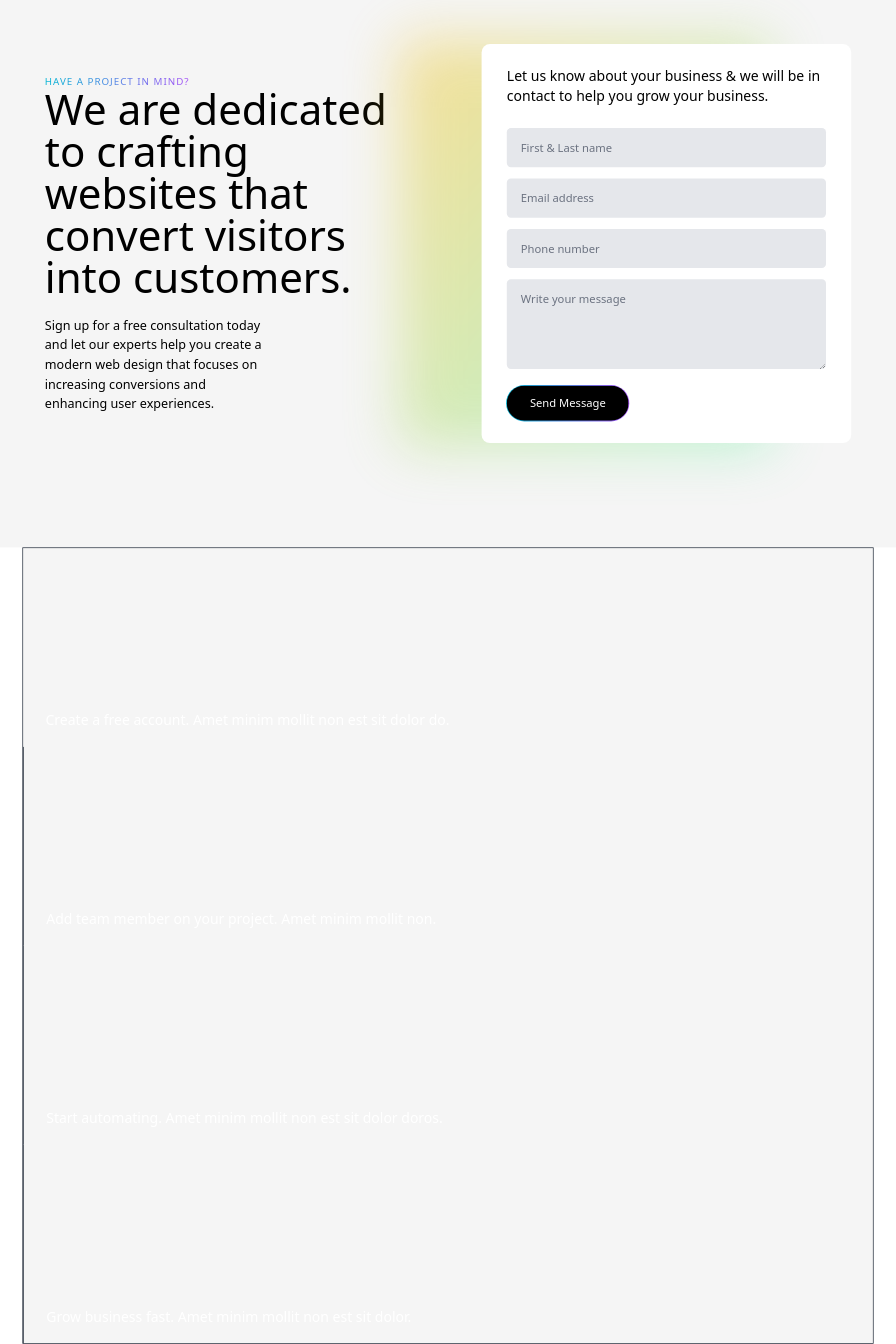
Repository: ornelasedward/mired_website
Page: /
An editor plug-in stored every save of this project. The page is shown before and after the next save, followed by the edit.
The browser window is 1280 px wide. The pictures show the part of the page from y = 1300 to 3220 px (the page is 3220 px tall before and 3218 px after), at 70% of full size.
The project was rebuilt for these pictures with package versions that can differ from the ones it lists, and the page was loaded fresh each time. The framework's server and built-in components were replaced by stand-ins that run in the browser. Also part of the build but not shown: next.config.js.

Above is the page before, as saved 2023-03-28 19:43:36.

### app/layout.tsx
import "./globals.css";

export const metadata = {
  title: "Mired",
  description: "Web design and development services",
};

export default function RootLayout({
  children,
}: {
  children: React.ReactNode;
}) {
  return (
    <html lang="en" className="bg-[#F5F5F5]">
      <body>{children}</body>
    </html>
  );
}

### app/page.tsx
import Header from "@/components/Header";
import Hero from "@/components/Hero";
import Services from "@/components/Services";
import CTA from "@/components/CTA";
import { Inter } from "next/font/google";
import Testimonial from "@/components/Testimonials";
import FAQ from "@/components/FAQ";
import Contact from "@/components/Contact";
import Footer from "@/components/Footer";

const inter = Inter({ subsets: ["latin"] });

export default function Home() {
  return (
    <main>
      <Hero />
      <Header />
      <Services />
      {/*  <CTA />
      <Testimonial />
      <FAQ />
      <Contact />
      <Footer /> */}
    </main>
  );
}

### components/Header.tsx
export default function Header() {
  return (
    <section className="py-12 overflow-hidden sm:py-16 lg:py-20 xl:py-24">
      <div className="px-4 mx-auto max-w-7xl sm:px-6 lg:px-8">
        <div className="grid max-w-6xl grid-cols-1 mx-auto gap-y-12 lg:grid-cols-2 lg:gap-x-16 xl:gap-x-24">
          <div className="relative flex flex-col justify-between max-w-lg lg:py-12 lg:max-w-none">
            <div className="flex-1">
              <p className="text-sm font-normal tracking-widest uppercase">
                <span className="text-transparent bg-clip-text bg-gradient-to-r from-cyan-500 to-purple-500">
                  {" "}
                  Have a project in mind?{" "}
                </span>
              </p>
            </div>

            <div className="mt-6 lg:mt-auto">
              <h2 className="text-3xl font-normal text-black sm:text-4xl lg:text-5xl xl:text-6xl">
                We are dedicated to crafting websites that convert visitors into
                customers.
              </h2>
              <p className="mt-4 text-base font-normal text-black lg:max-w-xs sm:text-lg sm:mt-6">
                Sign up for a free consultation today and let our experts help
                you create a modern web design that focuses on increasing
                conversions and enhancing user experiences.
              </p>
            </div>
          </div>

          <div className="relative flex items-center justify-center">
            <div className="absolute right-1/4 transform translate-x-4 -translate-y-1/2 top-1/2 bg-gradient-to-br from-[#F7BE08] to-[#55F5A3] w-full h-full blur-2xl opacity-40" />

            <div className="relative overflow-hidden bg-white rounded-xl">
              <div className="p-6 sm:py-8 sm:px-9">
                <p className="text-xl font-normal text-black">
                  Let us know about your business & we will be in contact to
                  help you grow your business.
                </p>

                <form action="#" method="POST" className="mt-8 space-y-4">
                  <div>
                    <label for="" className="sr-only">
                      {" "}
                      Full name{" "}
                    </label>
                    <div>
                      <input
                        type="text"
                        name=""
                        id=""
                        placeholder="First & Last name"
                        className="block w-full px-5 py-4 text-base text-black placeholder-gray-500 bg-gray-200 rounded-md focus:border-black focus:ring-1 focus:ring-black"
                      />
                    </div>
                  </div>

                  <div>
                    <label for="" className="sr-only">
                      {" "}
                      Email address{" "}
                    </label>
                    <div>
                      <input
                        type="email"
                        name=""
                        id=""
                        placeholder="Email address"
                        className="block w-full px-5 py-4 text-base text-black placeholder-gray-500 bg-gray-200 rounded-md focus:border-black focus:ring-1 focus:ring-black"
                      />
                    </div>
                  </div>

                  <div>
                    <label for="" className="sr-only">
                      {" "}
                      Phone number{" "}
                    </label>
                    <div>
                      <input
                        type="tel"
                        name=""
                        id=""
                        placeholder="Phone number"
                        className="block w-full px-5 py-4 text-base text-black placeholder-gray-500 bg-gray-200 rounded-md focus:border-black focus:ring-1 focus:ring-black"
                      />
                    </div>
                  </div>

                  <div>
                    <label for="" className="sr-only">
                      {" "}
                      Message{" "}
                    </label>
                    <div>
                      <textarea
                        name=""
                        id=""
                        placeholder="Write your message"
                        rows="4"
                        className="block w-full px-5 py-4 text-base text-black placeholder-gray-500 bg-gray-200 rounded-md focus:border-black focus:ring-1 focus:ring-black"
                      ></textarea>
                    </div>
                  </div>

                  <div>
                    <div className="relative inline-flex mt-2 group">
                      <div className="absolute transition-all duration-200 rounded-[2rem] -inset-px bg-gradient-to-r from-cyan-500 to-purple-500 group-hover:shadow-lg group-hover:shadow-cyan-500/50"></div>
                      <button
                        type="button"
                        className="relative inline-flex items-center justify-center px-8 py-3 text-base font-normal text-white bg-black border border-transparent rounded-[2rem]"
                        role="button"
                      >
                        Send Message
                      </button>
                    </div>
                  </div>
                </form>
              </div>
            </div>
          </div>
        </div>
      </div>
    </section>
  );
}

### components/Hero.tsx
import Image from "next/image";
import Link from "next/link";
import header from "../images/header.png";
import Logo from "../images/Logo.png";

export default function Hero() {
  return (
    <div className="overflow-x-hidden">
      <header className="py-4 md:py-6" x-data="{expanded: false}">
        <div className="container px-4 mx-auto sm:px-6 lg:px-8">
          <div className="flex items-center justify-between">
            <div className="flex-shrink-0">
              <Link
                href="#"
                title=""
                className="flex rounded outline-none focus:ring-1 focus:ring-gray-900 focus:ring-offset-2"
              >
                <Image
                  className="w-auto h-9"
                  src={Logo}
                  alt=""
                  width={100}
                  height={100}
                />
              </Link>
            </div>

            <div className="flex lg:hidden">
              <button type="button" className="text-gray-900">
                <span x-show="!expanded" aria-hidden="true">
                  <svg
                    className="w-7 h-7"
                    xmlns="http://www.w3.org/2000/svg"
                    fill="none"
                    viewBox="0 0 24 24"
                    stroke="currentColor"
                  >
                    <path
                      stroke-linecap="round"
                      stroke-linejoin="round"
                      stroke-width="1.5"
                      d="M4 6h16M4 12h16M4 18h16"
                    />
                  </svg>
                </span>

                <span x-show="expanded" aria-hidden="true">
                  <svg
                    className="w-7 h-7"
                    xmlns="http://www.w3.org/2000/svg"
                    fill="none"
                    viewBox="0 0 24 24"
                    stroke="currentColor"
                  >
                    <path
                      stroke-linecap="round"
                      stroke-linejoin="round"
                      stroke-width="2"
                      d="M6 18L18 6M6 6l12 12"
                    />
                  </svg>
                </span>
              </button>
            </div>

            <div className="hidden lg:flex lg:ml-16 lg:items-center lg:justify-center lg:space-x-10 xl:space-x-12">
              <Link
                href="#"
                title=""
                className="text-base font-medium text-gray-900 transition-all duration-200 rounded focus:outline-none font-pj hover:text-opacity-50 focus:ring-1 focus:ring-gray-900 focus:ring-offset-2 p-2"
              >
                Home
              </Link>

              <Link
                href="#"
                title=""
                className="text-base font-medium text-gray-900 transition-all duration-200 rounded focus:outline-none font-pj hover:text-opacity-50 focus:ring-1 focus:ring-gray-900 focus:ring-offset-2 p-2"
              >
                About
              </Link>

              <Link
                href="#"
                title=""
                className="text-base font-medium text-gray-900 transition-all duration-200 rounded focus:outline-none font-pj hover:text-opacity-50 focus:ring-1 focus:ring-gray-900 focus:ring-offset-2 p-2"
              >
                Services
              </Link>
              <Link
                href="#"
                title=""
                className="text-base font-medium text-gray-900 transition-all duration-200 rounded focus:outline-none font-pj hover:text-opacity-50 focus:ring-1 focus:ring-gray-900 focus:ring-offset-2 p-2"
              >
                Our work
              </Link>
              <Link
                href="#"
                title=""
                className="text-base font-medium text-gray-900 transition-all duration-200 rounded focus:outline-none font-pj hover:text-opacity-50 focus:ring-1 focus:ring-gray-900 focus:ring-offset-2 p-2"
              >
                FAQ
              </Link>
            </div>

            <div className="hidden lg:ml-auto lg:flex lg:items-center lg:space-x-10">
              <Link href="/" title="">
                <button
                  className="inline-flex items-center justify-center px-6 py-3 text-base font-normal leading-7 text-black transition-all duration-200 bg-transparent border-[2px] border-black rounded-[2rem] font-inter cursor-pointer focus:outline-none focus:ring-2 focus:ring-offset-2 focus:ring-gray-900 hover:bg-gray-900 focus:bg-gray-900 hover:text-white focus:text-white hover:border-gray-900 focus:border-gray-900"
                  role="button"
                >
                  <h1>Work with us</h1>
                  <svg
                    xmlns="http://www.w3.org/2000/svg"
                    fill="none"
                    viewBox="0 0 24 24"
                    stroke-width="1.5"
                    stroke="currentColor"
                    className="w-auto h-8 items-center pt-1 pl-2"
                  >
                    <path
                      stroke-linecap="round"
                      stroke-linejoin="round"
                      d="M17.25 8.25L21 12m0 0l-3.75 3.75M21 12H3"
                    />
                  </svg>
                </button>
              </Link>
            </div>
          </div>

          {/* <nav x-show="expanded" x-collapse>
            <div className="px-1 py-8">
              <div className="grid gap-y-7">
                <Link
                  href="#"
                  title=""
                  className="flex items-center p-3 -m-3 text-base font-medium text-gray-900 transition-all duration-200 rounded-xl hover:bg-gray-50 focus:outline-none font-pj focus:ring-1 focus:ring-gray-900 focus:ring-offset-2"
                >
                  {" "}
                  Features{" "}
                </Link>

                <Link
                  href="#"
                  title=""
                  className="flex items-center p-3 -m-3 text-base font-medium text-gray-900 transition-all duration-200 rounded-xl hover:bg-gray-50 focus:outline-none font-pj focus:ring-1 focus:ring-gray-900 focus:ring-offset-2"
                >
                  {" "}
                  Pricing{" "}
                </Link>

                <Link
                  href="#"
                  title=""
                  className="flex items-center p-3 -m-3 text-base font-medium text-gray-900 transition-all duration-200 rounded-xl hover:bg-gray-50 focus:outline-none font-pj focus:ring-1 focus:ring-gray-900 focus:ring-offset-2"
                >
                  {" "}
                  Automation{" "}
                </Link>

                <Link
                  href="#"
                  title=""
                  className="flex items-center p-3 -m-3 text-base font-medium text-gray-900 transition-all duration-200 rounded-xl hover:bg-gray-50 focus:outline-none font-pj focus:ring-1 focus:ring-gray-900 focus:ring-offset-2"
                >
                  {" "}
                  Customer Login{" "}
                </Link>

                <Link
                  href="#"
                  title=""
                  className="inline-flex items-center justify-center px-6 py-3 text-base font-bold leading-7 text-white transition-all duration-200 bg-gray-900 border border-transparent rounded-xl hover:bg-gray-600 font-pj focus:outline-none focus:ring-2 focus:ring-offset-2 focus:ring-gray-900"
                  role="button"
                >
                  Sign up
                </Link>
              </div>
            </div>
          </nav> */}
        </div>
      </header>

      <section className="pt-12 sm:pt-16">
        <div className="px-4 mx-auto max-w-7xl sm:px-6 lg:px-8">
          <div className="max-w-4xl mx-auto text-center">
            <div className="flex flex-col gap-4">
              <h1 className="mt-5 text-4xl font-light leading-tight text-gray-900 sm:leading-tight sm:text-5xl lg:text-6xl lg:leading-tight font-pj">
                Boost your online success with our data-driven
                <span className="relative inline-flex sm:inline">
                  {/* <span className="bg-gradient-to-r from-[#44BCFF] via-[#FF44EC] to-[#FF675E] blur-lg filter opacity-30 w-full h-full absolute inset-0"></span> */}
                  <span className="relative"> solutions </span>
                </span>
              </h1>
              <p className="px-6 text-lg text-gray-600 font-inter">
                Get the website you&apos;ve always wanted and the conversions{" "}
                you deserve with our
                <br /> full-service agency.
              </p>
            </div>
            <div className="px-8 sm:items-center sm:justify-center sm:px-0 sm:space-x-5 sm:flex mt-9">
              <Link
                href="#"
                title=""
                className="inline-flex items-center justify-center w-full px-8 py-3 text-lg font-bold text-black transition-all duration-200 bg-[#F8D44C] border-2 border-transparent sm:w-auto rounded-[2rem] font-pj hover:bg-gray-600 hover:text-white focus:bg-gray-600 focus:text-white focus:outline-none focus:ring-2 focus:ring-offset-2 focus:ring-gray-900"
                role="button"
              >
                Book a consultation
              </Link>

              <Link
                href="#"
                title=""
                className="inline-flex items-center justify-center w-full px-6 py-3 mt-4 text-lg font-bold text-black transition-all duration-200 border-2 border-black sm:w-auto sm:mt-0 rounded-[2rem] font-pj focus:outline-none focus:ring-2 focus:ring-offset-2 focus:ring-gray-900 hover:bg-gray-900 focus:bg-gray-900 hover:text-white focus:text-white hover:border-gray-900 focus:border-gray-900"
                role="button"
              >
                Take our quiz
                <svg
                  className="w-5 h-5 mr-2 pt-1"
                  viewBox="0 0 18 18"
                  fill="none"
                  stroke="currentColor"
                  xmlns="http://www.w3.org/2000/svg"
                >
                  <path
                    d="M8.18003 13.4261C6.8586 14.3918 5 13.448 5 11.8113V5.43865C5 3.80198 6.8586 2.85821 8.18003 3.82387L12.5403 7.01022C13.6336 7.80916 13.6336 9.44084 12.5403 10.2398L8.18003 13.4261Z"
                    stroke-width="2"
                    stroke-miterlimit="10"
                    stroke-linecap="round"
                    stroke-linejoin="round"
                  />
                </svg>
              </Link>
            </div>
          </div>
        </div>
        <div className="absolute bottom-1/2 left-1/4 w-2/3 h-full rounded-full bg-[#55F5A3] opacity-80 blur-3xl filter -z-10" />
        <div className="absolute bottom-1/4 right-0 w-1/4 h-full rounded-full bg-[#F1CB00] opacity-50 blur-3xl filter -z-10" />
        <div className="py-12">
          <div className="">
            <Image
              className="m-auto"
              src={header}
              alt=""
              width={900}
              height={900}
            />
          </div>
        </div>
      </section>
    </div>
  );
}

### components/Services.tsx
import Image from "next/image";

export default function Services() {
  return (
    <div className="bg-white">
      <div className="relative px-4 mx-auto sm:px-6 lg:px-8 max-w-7xl">
        <div className="grid grid-cols-1 mt-12 bg-[#F5F5F5] border border-gray-800">
          <div className="">
            <div className="p-6 sm:px-8">
              <p className="mt-12 text-xl font-normal text-white lg:mt-32 xl:mt-52">
                Create a free account. Amet minim mollit non est sit dolor do.
              </p>
            </div>
          </div>

          <div className="border-t border-gray-800 sm:border-t-0 sm:border-l">
            <div className="p-6 sm:px-8">
              <p className="mt-12 text-xl font-normal text-white lg:mt-32 xl:mt-52">
                Add team member on your project. Amet minim mollit non.
              </p>
            </div>
          </div>

          <div className="border-t border-gray-800 lg:border-t-0 lg:border-l">
            <div className="p-6 sm:px-8">
              <p className="mt-12 text-xl font-normal text-white lg:mt-32 xl:mt-52">
                Start automating. Amet minim mollit non est sit dolor doros.
              </p>
            </div>
          </div>

          <div className="border-t border-l border-gray-800 lg:border-t-0">
            <div className="p-6 sm:px-8">
              <p className="mt-12 text-xl font-normal text-white lg:mt-32 xl:mt-52">
                Grow business fast. Amet minim mollit non est sit dolor.
              </p>
            </div>
          </div>
        </div>
      </div>
    </div>
  );
}

Loaded but not shown: app/globals.css (common file); tailwind.config.js (common file)

After the next save:
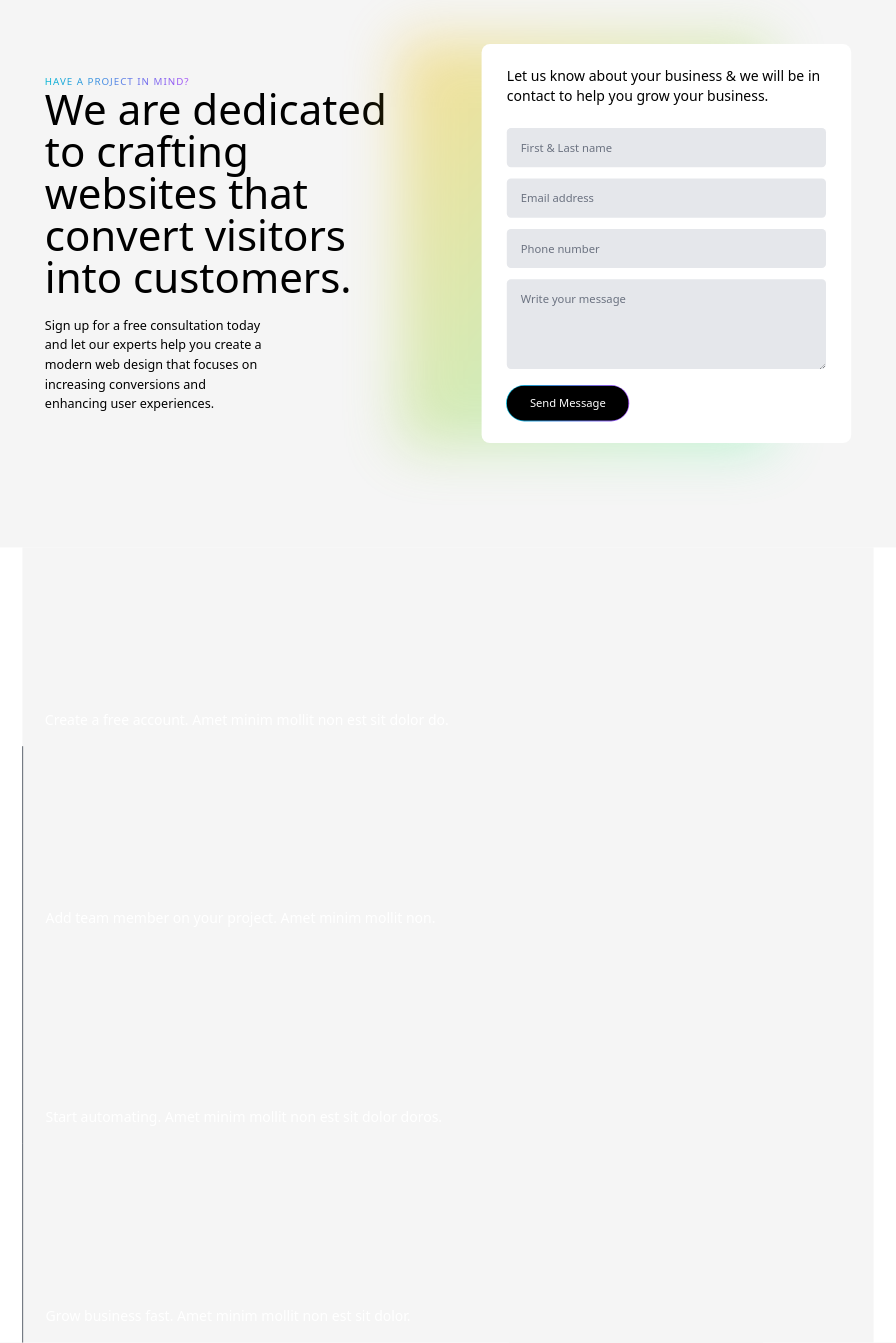
Saved 8 s later.
--- a/components/Services.tsx
+++ b/components/Services.tsx
@@ -4,7 +4,7 @@
   return (
     <div className="bg-white">
       <div className="relative px-4 mx-auto sm:px-6 lg:px-8 max-w-7xl">
-        <div className="grid grid-cols-1 mt-12 bg-[#F5F5F5] border border-gray-800">
+        <div className="grid grid-cols-1 mt-12 bg-[#F5F5F5] border-gray-800">
           <div className="">
             <div className="p-6 sm:px-8">
               <p className="mt-12 text-xl font-normal text-white lg:mt-32 xl:mt-52">
